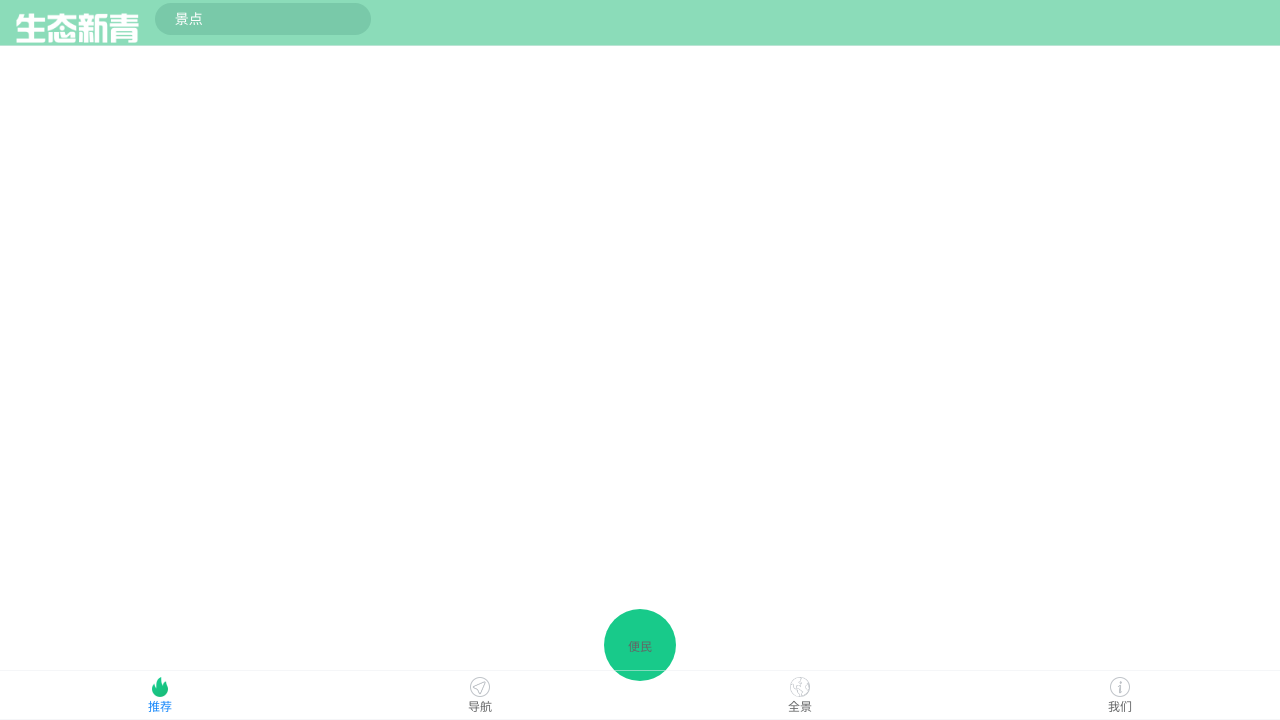
Repository: huye123/stcq
Page: /
An editor plug-in stored every save of this project. The page is shown before and after the next save, followed by the edit.
The browser window is 1280 px wide. The pictures show the whole page.
The project was rebuilt for these pictures with package versions that can differ from the ones it lists, and the page was loaded fresh each time. Also part of the build but not shown: src/components/search.vue.

Above is the page before, as saved 2019-06-28 16:37:38.

### index.html
<!DOCTYPE html>
<html>
  <head>
    <meta charset="utf-8">
    <meta name="viewport" content="width=device-width,initial-scale=1.0">
    <title>stcqapp</title>
  </head>
  <body>
    <div id="app"></div>
    <!-- built files will be auto injected -->
  </body>
</html>

### src/main.js
// The Vue build version to load with the `import` command
// (runtime-only or standalone) has been set in webpack.base.conf with an alias.
import Vue from 'vue'
import App from './App'
import router from './router'
import Vant from 'vant';
import 'vant/lib/index.css';
Vue.use(Vant)

Vue.config.productionTip = false

// require('src\style\index.less')
/* eslint-disable no-new */
new Vue({
  el: '#app',
  router,
  components: { App },
  template: '<App/>'
})

### src/App.vue
<template>
  <div id="app">
     <router-view/>
  <van-tabbar v-model="active">
  <van-tabbar-item >
    <span>推荐</span>
    <img
      slot="icon"
      slot-scope="props"
      :src="props.active ? icon.active : icon.normal"
    >
  </van-tabbar-item>
  <van-tabbar-item >
    <span>导航</span>
    <img
      slot="icon"
      slot-scope="search"
      :src="search.active ? icon.active1 : icon.navigation"
    >
  </van-tabbar-item>
  <van-tabbar-item  class="bianmin">
    <span>便民</span>
  </van-tabbar-item>
  <van-tabbar-item >
    <span>全景</span>
    <img
      slot="icon"
      slot-scope="panorama"
      :src="panorama.active ? icon.active3 : icon.panorama"
    >
  </van-tabbar-item>
  <van-tabbar-item >
    <span>我们</span>
    <img
      slot="icon"
      slot-scope="user"
      :src="user.active ? icon.active4 : icon.user"
    >
  </van-tabbar-item>
  <!-- <van-tabbar-item icon="search">标签</van-tabbar-item>
  <van-tabbar-item icon="setting-o">标签</van-tabbar-item>
  <van-tabbar-item icon="search">标签</van-tabbar-item> -->
</van-tabbar>
  </div>
</template>

<script>
export default {
  name: 'App',
  data() {
    return {
      active: 0,
      icon: {
        normal: 'static/image/tuijian-n.png',
        active: 'static/image/tuijian-s.png',
        navigation: 'static/image/daolan-n.png',
        active1: 'static/image/daolan-s.png',
        panorama: 'static/image/quanjing-n.png',
        active3: 'static/image/quanjing-s.png',
        user: 'static/image/women-n.png',
        active4: 'static/image/women-s.png'
      },
      //  iconNav: {
      //   normal: 'static/image/daolan-n.png',
      //   active: 'static/image/daolan-s.png'
      // }
    }
  },
}
</script>

<style>
#app {
  font-family: 'Avenir', Helvetica, Arial, sans-serif;
  -webkit-font-smoothing: antialiased;
  -moz-osx-font-smoothing: grayscale;
  text-align: center;
  color: #2c3e50;
  margin-top: 60px;
}
.bianmin{
      background: #18ca8a;
    border-radius: 50%;
    /* width: 100%; */
    height: 72px;
    width: 72px;
    position: absolute;
    top:  calc(-50% - 36px);
    left: calc(50% - 36px);

}
</style>

### src/router/index.js
import Vue from 'vue'
import Router from 'vue-router'
import HelloWorld from '@/components/HelloWorld'
import Search from '@/components/search'

Vue.use(Router)

export default new Router({
  routes: [
    {
      path: '/',
      name: 'HelloWorld',
      component: HelloWorld
    },
    {
      path: '@/components/search',
      name: 'search',
      meta: {
       title: '搜索',
      },
     }

  ]
})

### src/components/HelloWorld.vue
<template>
  <div class="hello">
    <van-nav-bar fixed class="index">
      <div slot="left">
        <!-- <span class="title">生态新青</span> -->
        <van-col span="8" class="logo">
          <img src="../../static/image/logo.png" alt="">
        </van-col>
        <router-link :to="{ name: '搜索'}">
          <van-col span="14" class="indexBtn" :offset="1">
            <button>景点</button>
          </van-col>
        </router-link>
      </div>
  <!-- <van-icon name="search" slot="right" /> -->
</van-nav-bar>
  </div>
</template>

<script>
export default {
  name: 'HelloWorld',
  data () {
    return {

    }
  }
}
</script>

<!-- Add "scoped" attribute to limit CSS to this component only -->

<style scoped>
 .index{
   background-color: rgba(25, 186, 117, 0.5);
   /* opacity: 0.5; */

 }
  .logo img{
     width: 100%;
      display: block;
      margin-top: 10px;

   }
   .indexBtn button{
     background-color:  rgba(105, 184, 153, 0.5);
     border: 0px;
     width: 100%;
     border-radius: 25px;
     line-height: 30px;
     color: #fff;
     text-align: left;
     padding-left: 20px;
   }

</style>

After the next save:
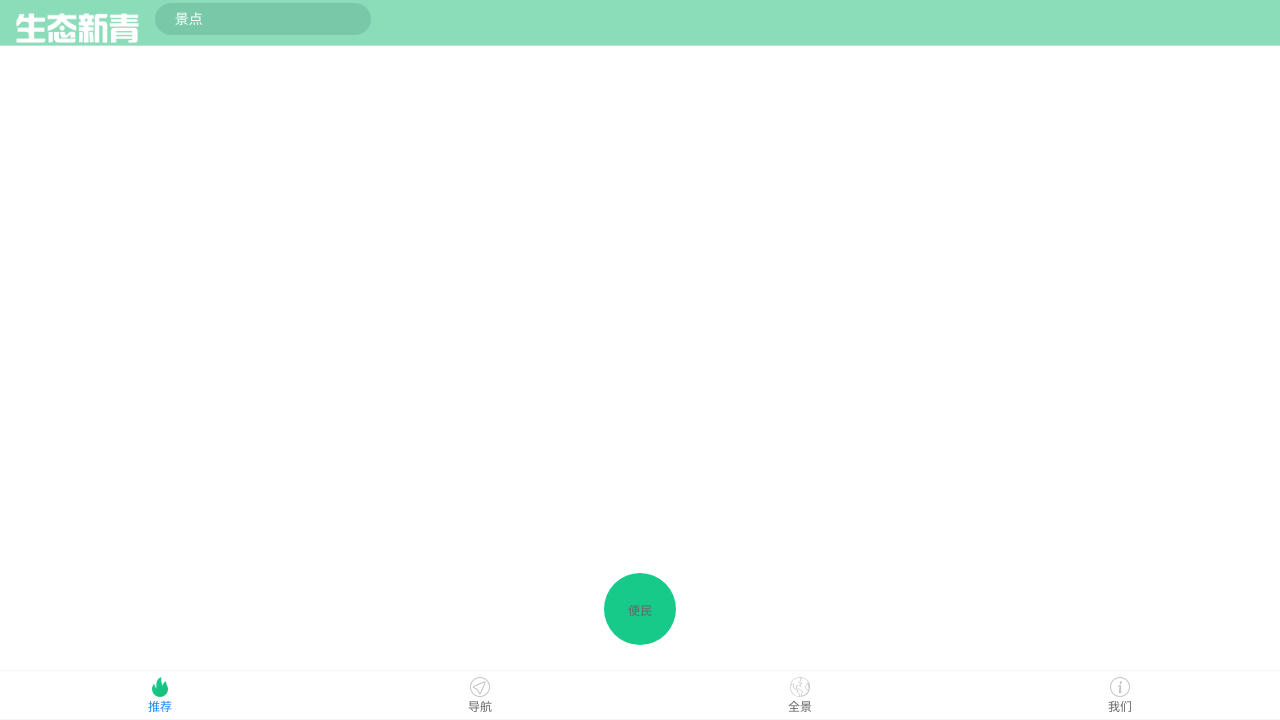
Saved 16 s later.
--- a/src/App.vue
+++ b/src/App.vue
@@ -85,7 +85,7 @@ export default {
     height: 72px;
     width: 72px;
     position: absolute;
-    top:  calc(-50% - 36px);
+    top:  calc(-50% - 72px);
     left: calc(50% - 36px);
 
 }
